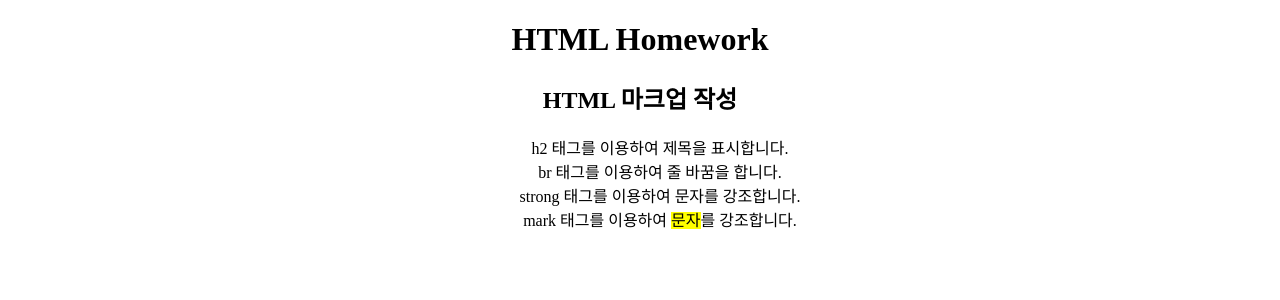
Repository: Cheol-Cheol/KOSA
Page: Kcc_web/Html/WebContent/mission/homework.html
The author's editor kept a copy of each file at every save. The page is drawn from the files as they stood at one save, then again after the next save.
The browser window is 1280 px wide. The pictures show the whole page.

Above is the page before, as saved 2024-07-08 10:44:28.

### Kcc_web/Html/WebContent/mission/homework.html
<!DOCTYPE html>
<html>
<head>
<meta charset="UTF-8">
<title>Insert title here</title>

<style>
ul {
	list-style-type: none;
}
</style>
</head>
<body style="text-align: center">
	<header>
		<h1>HTML Homework</h1>
	</header>

	<section>
		<h2>HTML 마크업 작성</h2>
		<ul>
			<li>h2 태그를 이용하여 제목을 표시합니다.</li>
			<li>br 태그를 이용하여 줄 바꿈을 합니다.</li>
			<li>strong 태그를 이용하여 <string>문자</string>를 강조합니다.</li>
			<li>mark 태그를 이용하여 <mark>문자</mark>를 강조합니다.
			</li>
		</ul>
	</section>



</body>
</html>

After the next save:
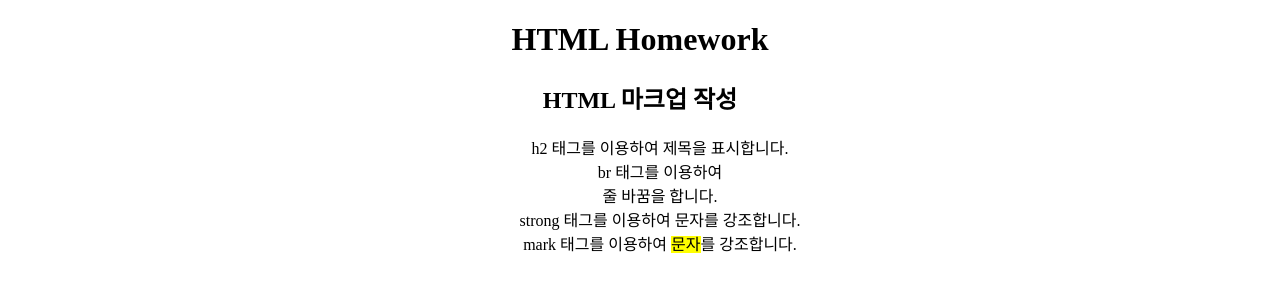
Saved 6 s later.
--- a/Kcc_web/Html/WebContent/mission/homework.html
+++ b/Kcc_web/Html/WebContent/mission/homework.html
@@ -19,8 +19,10 @@ ul {
 		<h2>HTML 마크업 작성</h2>
 		<ul>
 			<li>h2 태그를 이용하여 제목을 표시합니다.</li>
-			<li>br 태그를 이용하여 줄 바꿈을 합니다.</li>
-			<li>strong 태그를 이용하여 <string>문자</string>를 강조합니다.</li>
+			<li>br 태그를 이용하여 <br />줄 바꿈을 합니다.
+			</li>
+			<li>strong 태그를 이용하여 <string>문자</string>를 강조합니다.
+			</li>
 			<li>mark 태그를 이용하여 <mark>문자</mark>를 강조합니다.
 			</li>
 		</ul>
